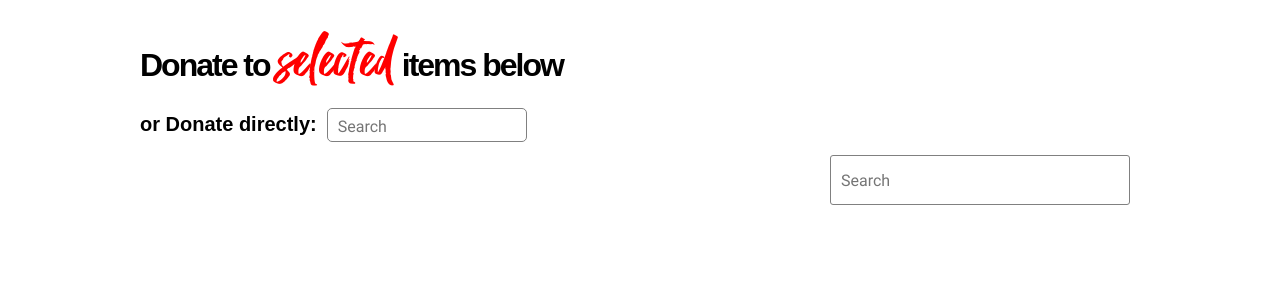
Repository: David-Waite/edableStyleChanges
Page: /
The author's editor kept a copy of each file at every save. The page is drawn from the files as they stood at one save, then again after the next save.
The browser window is 1280 px wide. The pictures show the whole page.
The page's requests for data from a server got no answer. The project was rebuilt for these pictures with package versions that can differ from the ones it lists, and the page was loaded fresh each time. Some packages were replaced by stand-ins written for this rebuild. No one was signed in, and anything a server would have sent is missing. Queries for data that is not in the repository find no rows. Also part of the build but not shown: src/components/Item/ProgressBar.css, src/components/Volunteer/Volunteer.tsx, src/components/DonorForm/Message.css, src/components/Volunteer/VolunteerError.tsx, src/components/Default.tsx, src/components/DonorForm/Paypal.tsx, src/components/DonorForm/DonorForm.tsx, src/components/DonorForm/PastDonations.css and 8 more.

Above is the page before, as saved 2022-11-09 19:23:39.

### public/index.html
<!DOCTYPE html>
<html lang="en">
  <head>
    <meta charset="utf-8" />
    <link rel="icon" href="%PUBLIC_URL%/favicon.ico" />
    <meta name="viewport" content="width=device-width, initial-scale=1" />
    <meta name="theme-color" content="#000000" />
    <meta name="description" content="EdAble Donations System" />
    <link rel="apple-touch-icon" href="%PUBLIC_URL%/logo192.png" />
    <link rel="manifest" href="%PUBLIC_URL%/manifest.json" />
    <link
      rel="stylesheet"
      href="https://cdn.jsdelivr.net/npm/bootstrap@5.2.0-beta1/dist/css/bootstrap.min.css"
      integrity="sha384-0evHe/X+R7YkIZDRvuzKMRqM+OrBnVFBL6DOitfPri4tjfHxaWutUpFmBp4vmVor"
      crossorigin="anonymous"
    />
    <title>EdAble Donations</title>
  </head>
  <body>
    <noscript>You need to enable JavaScript to run this app.</noscript>
    <div id="root"></div>
  </body>
  <script src="./iframeResizer.contentWindow.min.js"></script>
</html>

### src/index.tsx
import React from 'react';
import ReactDOM from 'react-dom/client';
import './index.css';
import App from './App';
import reportWebVitals from './reportWebVitals';
import './fonts/Roboto/Roboto-Medium.ttf';
import './fonts/Lora/Lora-VariableFont_wght.ttf';

const root = ReactDOM.createRoot(
  document.getElementById('root') as HTMLElement
);
root.render(
  <React.StrictMode>
    <App />
  </React.StrictMode>
);

// If you want to start measuring performance in your app, pass a function
// to log results (for example: reportWebVitals(console.log))
// or send to an analytics endpoint. Learn more: https://bit.ly/CRA-vitals
reportWebVitals();

### src/index.css
body {
  margin: 0;
  -webkit-font-smoothing: antialiased;
  -moz-osx-font-smoothing: grayscale;
}

code {
  font-family: source-code-pro, Menlo, Monaco, Consolas, "Courier New",
    monospace;
}

* {
  box-sizing: border-box;
}

#page-wrap {
  padding-bottom: 10px;
  padding-top: 10px;
}
@font-face {
  font-family: "Roboto";
  src: local("Roboto"),
    url("./fonts/Roboto/Roboto-Medium.ttf") format("truetype");
}

@font-face {
  font-family: "Lora";
  src: local("Lora"),
    url("./fonts/Lora/Lora-VariableFont_wght.ttf") format("truetype");
}

@font-face {
  font-family: "black_stonealternative";
  src: local("blackStone"),
    url("./fonts/BlackStone/blackstone-alternative-webfont.woff") format("woff");
}

h1 {
  font-family: "Roboto";
  font-style: normal;
  font-weight: 700;
  font-size: 52px;
  line-height: 64px;
  /* identical to box height, or 123% */
  color: #000000;
}

h2 {
  font-family: "Lora";
  font-style: normal;
  font-weight: 700;
  font-size: 47px;
  line-height: 60px;
  /* identical to box height, or 128% */
  color: #f1f1f1;
}

h3 {
  font-family: "Lora";
  font-style: normal;
  font-weight: 700;
  font-size: 40px;
  line-height: 51px;
  color: #c4c4c4;
}

h4 {
  font-family: "Roboto";
  font-style: normal;
  font-weight: 700;
  font-size: 35px;
  line-height: 43px;
  /* identical to box height, or 123% */
  letter-spacing: 0.02em;
  color: #000000;
}

h5 {
  font-family: "Roboto";
  font-style: normal;
  font-weight: 700;
  font-size: 28px;
  line-height: 44px;
  /* identical to box height, or 157% */
  color: #000000;
}

h6 {
  font-family: "Roboto";
  font-style: normal;
  font-weight: 700;
  font-size: 21px;
  line-height: 25px;
  /* identical to box height */
  color: #000000;
}

body {
  font-family: "Roboto";
  font-style: normal;
  font-weight: 400;
  font-size: 21px;
  line-height: 32px;
  /* identical to box height, or 152% */
  color: #000000;
}

### src/App.tsx
import React from "react";
import "./App.css";
import { BrowserRouter, Routes, Route } from "react-router-dom";

import { PayPalScriptProvider } from "@paypal/react-paypal-js";
import Base from "./components/Base";
import Landing from "./components/Landing/Landing";
import Volunteer from "./components/Volunteer/Volunteer";
import VolunteerError from "./components/Volunteer/VolunteerError";
import Default from "./components/Default";
import Organisation from "./components/Organisation/Organisation";
import ItemPage from "./components/Item/ItemPage";
import Success from "./components/DonorForm/Success";
import Cancel from "./components/DonorForm/Cancel";
import PastDonations from "./components/DonorForm/PastDonations";
import PastItemDonations from "./components/DonorForm/PastItemDonations";
import DonateTime from "./components/Volunteer/DonateTime";

function App() {
  return (
    <PayPalScriptProvider
      options={{
        "client-id":
        process.env.REACT_APP_PAYPAL_CLIENT_ID||"ATT3Tn46NrmHggGqVC4mzWOZWlnbp2ID9DA0yQnhsgqPFIVPPlLhfSI_-atbZc3aN7n_k7wUVTyQJMnI",
        currency: "AUD",
      }}
    >
      <BrowserRouter>
        <Routes>
          <Route path="/" element={<Base />}>
            <Route path="/" element={<Landing />} />
            <Route path="volunteer" element={<Volunteer />} />
            <Route path="success" element={<Success />} />
            <Route path="organisation/:orgId" element={<Organisation />} />
            <Route path="cancel/:orgId" element={<Cancel />} />
            <Route path="volunteererror/:orgId" element={<VolunteerError />} />
            <Route path="organisation/:orgId" element={<PastDonations />} />
            <Route path="item/:orgID/:itemID" element={<ItemPage />} />
            <Route path="item/:orgID/:itemID" element={<PastItemDonations />} />
            <Route path="volunteer/organisation/:orgId" element={<DonateTime />} />
            <Route path="volunteer/success" element={<Success />} />

            {/* Using path="*"" means "match anything", so this route
                acts like a catch-all for URLs that we don't have explicit
              routes for. */}
            <Route path="*" element={<Default />} />
          </Route>
        </Routes>
      </BrowserRouter>
    </PayPalScriptProvider>
  );
}

export default App;

### src/App.css
.App {
  text-align: center;
}

.App-logo {
  height: 40vmin;
  pointer-events: none;
}

@media (prefers-reduced-motion: no-preference) {
  .App-logo {
    animation: App-logo-spin infinite 20s linear;
  }
}

.App-header {
  background-color: #282c34;
  min-height: 100vh;
  display: flex;
  flex-direction: column;
  align-items: center;
  justify-content: center;
  font-size: calc(10px + 2vmin);
  color: white;
}

.App-link {
  color: #61dafb;
}

@keyframes App-logo-spin {
  from {
    transform: rotate(0deg);
  }
  to {
    transform: rotate(360deg);
  }
}

.font-face-rob {
  font-family: "Roboto";
}

.font-face-lora {
  font-family: "Lora";
}

.font-face-Black {
  font-family: "black_stonealternative";
}

### src/components/Base.tsx
import { Outlet } from 'react-router-dom';

function BasePage() {
  return (
    <>
      {/* An <Outlet> renders whatever child route is currently active,
          so you can think about this <Outlet> as a placeholder for
        the child routes we defined above. */}
      <Outlet/>
    </>
  );
}

export default BasePage;

### src/components/Landing/Landing.tsx
import { useEffect, useState } from "react";
import "./Landing.css";
import { Link } from "react-router-dom";
import { db } from "../../config/firebase";
import { collection, query, onSnapshot, where } from "firebase/firestore";
import { Button, Container, Carousel, Row, Col } from "react-bootstrap";
import { ReactComponent as InclusionHero } from "./InclusionHero.svg";

import Sidebar from "./Sidebar";
import ItemsCollection from "./ItemsCollection";
import Organisation from "../Organisation/Organisation";

function Landing() {
  const [orgList, setOrgList] = useState<any>([]);

  // gets all the orgs from dbs
  useEffect(() => {
    const q = query(
      collection(db, "Organisations"),
      where("activeStatus", "==", true)
    );
    onSnapshot(q, (querySnapshot) => {
      // setOrgList dumps all the orgs in orgList
      setOrgList(
        querySnapshot.docs.map((doc) => ({
          id: doc.id,
          data: doc.data(),
        }))
      );
    });
  }, []);

  useEffect(() => {
    window.scrollTo(0, 0);
  }, []);

  return (
    //   these lines set up the format of the page
    <>
      <div className="landing">
        {/* Burger menu */}

        <div className="App" id="outer-container">
          {/* Carousel */}
          <div className="slideshowCon">
            <Row>
              <Col>
                <div className="carouselContainer">
                  <Carousel
                    touch={true}
                    interval={4000}
                    indicators={true}
                    variant="light"
                  >
                    {orgList.map((org: any) => (
                      <Carousel.Item
                        key={org.id.toString()}
                        style={{
                          textAlign: "left",
                        }}
                      >
                        <Link
                          to={`organisation/${org.id}`}
                          style={{
                            textDecoration: "none",
                            color: "black",
                          }}
                        >
                          {/* this div contains the carousel item's contents and makes the whole carousel item a link (based on link tag above) */}
                          <div className="carousel-contents">
                            <img
                              className="carouselImage"
                              src={`${org.data.img}`}
                            />

                            <div className="caroursel-text">
                              <div className="carousel-contents-bottom">
                                <div>
                                  {" "}
                                  <h2 className="title">{org.data.name}</h2>
                                  <p className="orgSummary">
                                    {org.data.summary}
                                  </p>
                                </div>

                                <Button
                                  className="btnContribute"
                                  variant="warning"
                                >
                                  DONATE TO&#160;
                                  {org.data.name.toUpperCase()}!
                                </Button>
                              </div>
                            </div>
                          </div>
                        </Link>
                      </Carousel.Item>
                    ))}
                  </Carousel>
                </div>
              </Col>
            </Row>
          </div>
        </div>

        <div>
          <h2 className="pageTitle">
            Donate to <span>selected</span> items below
            <br />
          </h2>
          <div className="selectOrgCon">
            <h2 className="selectOrg">or Donate directly:</h2>
            <div className="orgSearchBar">
              <input className="input" type="text" placeholder="Search" />
            </div>
          </div>
        </div>

        <ItemsCollection orgList={orgList} />
      </div>
    </>
  );
}

export default Landing;

### src/components/Landing/Landing.css
.carousel-control-next,
.carousel-control-prev {
  width: 10%;
}

.landing {
  max-width: 1000px;

  margin: 0px auto 90px;
}
.pageTitle {
  font-size: 32px;
  color: black;
  font-family: sans-serif;
  margin-top: 60px;
  margin-bottom: 40px;
  letter-spacing: -2px;
  line-height: 0px;
  font-weight: 700;
}

.title {
  font-size: 32px;
  color: white;
  font-family: sans-serif;
}
.pageTitle span {
  font-family: "black_stonealternative";
  margin-left: 0px;
  margin-right: 0px;
  font-size: 55px;
  letter-spacing: 1px;
  font-weight: 100;
}

.selectOrg {
  font-size: 20px;
  color: black;
  font-family: sans-serif;
  padding-top: 5px;
  font-weight: 700;
}
.selectOrgCon {
  height: 40px;
  display: flex;
  align-items: center;
  margin-bottom: 0px;
}

.orgSearchBar input {
  height: auto;
  padding: 0 10px;
  width: 200px;
}

.orgSearchBar input::placeholder {
  font-size: 16px;
}

.orgSearchBar {
  margin-left: 10px;
}
.col {
  padding: 0;
}

.navBarContainer {
  margin-left: 30px;
  margin-top: 10px;
  position: absolute;
  color: white;
}

.carousel {
  /* margin: 3px; */
  /* border-radius: 30px; */

  color: white;
  /* height: ; */
}

.carouselImage {
  object-fit: cover;
  height: calc(500px - 140px);
}

.carousel-contents {
  display: flex;

  flex-direction: column;
  justify-content: flex-end;

  color: white;
  height: 500px;
}

.carousel-indicators {
  margin-bottom: 10px;
}

.carousel-contents-bottom {
  display: flex;
  align-items: center;
  justify-content: space-between;
  gap: 10px;

  margin-bottom: 30px;
}

.caroursel-text {
  padding: 0px 25px;
  height: 140px;
  background-color: #333333;
}

.btnContribute {
  background-color: #e50040;
  color: white;
  border: none;
  border-radius: 3px;
}

.btnContribute span {
  margin-left: 3px;
  font-size: 16px;
  font-weight: 400;
  color: white;
}

.btnContribute div {
  font-size: 16px;
  font-weight: 400;
  margin: 0;
}

.btnContribute:hover {
  background-color: #d4033e;
  color: white;
}

.orgSummary {
  font-size: 16px;
  line-height: 25px;
  margin-bottom: 0px;
}

.imgCarousel {
  width: 100%;
  height: 600px;
}

.orgList {
  font-family: sans-serif;
  font-size: 20px;
  color: black;
}

.orgListCon {
  display: flex;
  align-items: center;
}
@media (max-width: 1040px) {
  .landing {
    padding: 0 20px;
  }
}

@media (max-width: 900px) {
  .title {
    font-size: 28px !important;
  }
}

@media (max-width: 800px) {
  .carousel-contents-bottom {
    flex-direction: column;
    align-items: flex-start;

    gap: 0px;
  }
  .caroursel-text {
    height: 200px;
  }
}

@media (max-width: 500px) {
  .btnContribute div {
    width: 100%;
  }

  .caroursel-text {
    height: 220px;
  }
}

@media (max-width: 370px) {
  .btnContribute {
    margin-top: -10px;
    font-size: 10px;
  }
}

@media (max-width: 325px) {
  .btnContribute span {
    font-size: 9px;
  }
}

/* #carousel-indicators {
    color:rgb(17, 0, 61)
} */

/* Button {
  font-size: x-small;
  style={{ backgroundImage: `url(${org.data.img})` }}




   <img
                              className="imgCarousel"
                              src={org.data.img}
                              alt={`${org.data.name}` + "'s logo"}
                            />
} */

### src/components/Landing/ItemsCollection.tsx
import { useState, useEffect } from "react";
import {
  collectionGroup,
  query,
  onSnapshot,
  collection,
  where,
  getDocs,
} from "firebase/firestore";
import { db } from "../../config/firebase";
import Card from "react-bootstrap/Card";
import ProgressBar from "react-bootstrap/ProgressBar";
import { Link } from "react-router-dom";
import styles from "./ItemsCollection.module.css";
import "../Item/ProgressBar.css";

function ItemsCollection(props: any) {
  const [itemList, setItemList] = useState<any>([]);
  const [search, setSearch] = useState<string>("");

  useEffect(() => {
    const q = query(
      collectionGroup(db, "Items"),
      where("activeStatus", "==", true)
    );

    onSnapshot(q, async (querySnapshot) => {
      setItemList(
        querySnapshot.docs.map((doc) => ({
          id: doc.id,
          data: doc.data(),
          parentDoc: doc.ref.parent.parent?.id,
        }))
      );
    });
  }, []);

  function mergeLists() {
    const mergeList: any = [];
    itemList.map((item: any) => {
      props.orgList.map((org: any) => {
        if (item.parentDoc === org.id) {
          if (item.data.activeStatus === true) {
            mergeList.push({
              ...item,
              orgName: org.data.name,
              orgActiveStatus: org.data.activeStatus,
            });
          }
        }
      });
    });
    return mergeList;
  }

  const mergeList = mergeLists();

  const handleChange = (e: React.ChangeEvent<HTMLInputElement>) => {
    setSearch(e.target.value);
  };
  const filteredItems = mergeList.filter((item: any) =>
    item.data.name.toLowerCase().includes(search.toLowerCase())
  );

  return (
    <>
      <div className={styles.containerDiv}>
        <div
          className={styles.searchBar}
          style={{
            borderRadius: "3px",
            display: "flex",
            alignItems: "right",
            justifyContent: "right",
          }}
        >
          <input
            style={{ fontSize: "16px" }}
            className={styles.input}
            type="text"
            onChange={handleChange}
            placeholder="Search"
          />
        </div>

        <div className={styles.cardParentDiv}>
          {filteredItems.map((item: any) => (
            <div key={item.id.toString()} className={styles.cards}>
              <div className={styles.cardImage}>
                <img src={item.data.img} alt={`Image of  ${item.data.name}`} />
              </div>

              <div className={styles.cardBody}>
                <div>
                  <h3 className={styles.cardTitle}>
                    {item.orgName}:
                    <br />
                    <span>{item.data.name}</span>
                  </h3>

                  <p className={styles.cardDes}>{item.data.summary}</p>
                </div>

                <div className={styles.bottomHalfCard}>
                  <p>
                    ${item.data.totalDonationsValue || 0} of $
                    {item.data.initialPrice}
                  </p>
                  <ProgressBar
                    striped
                    now={
                      item.data.totalDonationsValue
                        ? (item.data.totalDonationsValue /
                            item.data.initialPrice) *
                          100
                        : 0
                    }
                    label={`${Math.round(
                      (item.data.totalDonationsValue / item.data.initialPrice) *
                        100
                    )}%`}
                  />
                  <Link
                    style={{
                      textDecoration: "none",
                      color: "black",
                    }}
                    to={`item/${item.parentDoc}/${item.id}`}
                  >
                    <div className={styles.btn}>DONATE NOW!</div>
                  </Link>
                </div>
              </div>
            </div>
          ))}
        </div>
      </div>
    </>
  );
}

export default ItemsCollection;

### src/components/Landing/ItemsCollection.module.css
.containerDiv {
  /* background-color: rgb(212, 238, 249); */
  border-radius: 40px;
}

.searchBar {
  border-radius: 3px !important;
  padding: 0;
}
.title {
  font-size: 32px;
  color: black;
  font-family: sans-serif;
  margin-top: 60px;
  margin-bottom: 40px;

  letter-spacing: -2px;
}

.title span {
  font-family: "black_stonealternative";
  margin-left: 0px;
  margin-right: 0px;
  font-size: 55px;
  letter-spacing: 1px;
  font-weight: 100;
}

.input {
  margin: 10px;
  width: 300px;
  border-radius: 3px;
  padding: 2px 10px;
}

.cardParentDiv {
  margin-top: 20px;
  display: grid;
  grid-template-columns: 1fr 1fr 1fr;
  gap: 30px;
}

.bottomHalfCard {
  align-self: end;
}
.cardParentDiv img {
  width: 100%;
  height: 180px;
  object-fit: cover;
  padding: 0;
  margin: 0;
}

.cardImage {
  height: 180px;
}
.cardTitle {
  font-size: 18px;
  color: black;
  font-family: sans-serif;
  height: auto;
  line-height: 25px;
}

.cardTitle span {
  color: #e50040;
}

.cardDes {
  height: 60px;
  margin-top: 0px;
  color: rgb(29, 29, 29);
  font-size: 16px;
  letter-spacing: 0.1px;
  line-height: 16px;
  font-weight: 400;
}

.btn {
  text-decoration: none;
  color: white;
  display: flex;
  align-items: center;
  justify-content: center;
  height: 40px;
  margin-top: 10px;
  margin-bottom: -15px;
  text-align: center;
  border-radius: 3px;
  font-size: 16px;
  font-weight: 400;

  background-color: #5e17a9;
}

.cardBody {
  padding: 10px 10px 30px 10px;
}

.cards {
  border-radius: 3px;
  border: none;
  background-color: #f4f4f4;
}

@media (max-width: 1040px) {
  .cardParentDiv {
    grid-template-columns: 1fr 1fr;
    gap: 60px;
  }
  .input {
    width: calc(100vw - 40px);
  }
}

@media (max-width: 650px) {
  .cardParentDiv {
    grid-template-columns: 1fr 1fr;
    gap: 20px;
  }
}

@media (max-width: 600px) {
  .cardParentDiv {
    grid-template-columns: 1fr;
    gap: 20px;
  }
}

### src/components/DonorForm/DonorForm.css
.donorInfoContainer {
  background-color: rgb(238, 238, 238);
  padding: 20px 40px;
  border-radius: 3px;
}

.formTitle {
  color: #5e17a9;
}

.presetButtons {
  display: flex;
  align-items: center;
  justify-content: flex-start;
  margin-bottom: -20px;
}

label,
.or {
  padding: 5px 0;
  font-weight: lighter;
}

label span {
  color: rgb(176, 53, 53);
  margin-left: 2px;
}

input:disabled {
  background-color: rgb(197, 197, 197);
}

.checkbox {
  display: flex;
  justify-content: start;
  align-items: center;
}

.checkbox input {
  width: auto;
  margin-right: 5px;
}

.monthlyPayment {
  margin-top: 15px;
  margin-bottom: -25px;
}

.availablity {
  display: flex;
  gap: 60px;
  padding-bottom: 10px;
}

.isAron {
  margin-top: 15px;
}
.mailingList {
  margin-bottom: 15px;
}
input,
select {
  height: 50px;
  width: 100%;
  border: 0.1px solid;
  border-color: grey;
  border-radius: 5px;
}

select {
  padding: 15px 10px;
  border: none;
}

span {
  font-size: large;
  color: red;
}

.proceedPayBtn {
  color: white;
  background-color: #ff7000;
  border-color: #ff7000;
  margin-right: auto;
}

.proceedPayBtn:hover {
  background-color: #f16800;
  color: white;
}

button {
  border-radius: 4px;
  border: 1px solid rgb(215, 215, 215);
  padding: 5px 10px;
  font-size: 14px;
  margin: 5px;
  color: white;
  background-color: #ff7000;
  border-color: #ff7000;
}

button[type="submit"],
input[type="submit"] {
  background: #ec598f;
  color: white;
  text-transform: uppercase;
  border: none;
  margin-top: 40px;
  padding: 10px;
  font-size: 16px;
  font-weight: 400;
  letter-spacing: 10px;
}

### src/components/Landing/Sidebar.tsx
import { useState, useEffect } from "react";
import { query, onSnapshot, collection, where } from "firebase/firestore";
import { db } from "../../config/firebase";
import { Link } from "react-router-dom";
import Navbar from "react-bootstrap/Navbar";
import Offcanvas from "react-bootstrap/Offcanvas";

type SidemenuProps = {
  pageWrapId: string;
  outerContainerId: string;
};

function Sidebar(props: any) {
  const [search, setSearch] = useState<string>("");

  const handleChange = (e: React.ChangeEvent<HTMLInputElement>) => {
    setSearch(e.target.value);
  };

  const filteredOrganisations = props.orgList.filter((Organisations: any) =>
    Organisations.data.name.toLowerCase().includes(search.toLowerCase())
  );
  return (
    <>
      <Navbar expand={false}>
        <Navbar.Toggle aria-controls={`offcanvasNavbar-expand`} />
        <Navbar.Offcanvas
          id={`offcanvasNavbar-expand`}
          aria-labelledby={`offcanvasNavbarLabel-expand`}
        >
          <Offcanvas.Header closeButton>
            <Offcanvas.Title
              id={`offcanvasNavbarLabel-expand`}
              style={{
                fontSize: "20px",
              }}
            >
              Social-enterprises supported by EdAble
            </Offcanvas.Title>
          </Offcanvas.Header>
          <Offcanvas.Body>
            <input type="text" onChange={handleChange} placeholder="Search" />
            {filteredOrganisations.map((Organisation: any) => (
              <Link
                style={{
                  textDecoration: "none",
                  color: "black",
                }}
                to={`organisation/${Organisation.id}`}
                key={Organisation.id}
              >
                <br />
                <div>{Organisation.data.name}</div>
              </Link>
            ))}
          </Offcanvas.Body>
        </Navbar.Offcanvas>
      </Navbar>
    </>
  );
}

export default Sidebar;

Loaded but not shown: src/reportWebVitals.ts (common file); public/iframeResizer.contentWindow.min.js (library); src/config/firebase.js (25 lines, source omitted); src/components/Organisation/Organisation.module.css (302 lines, source omitted)

After the next save:
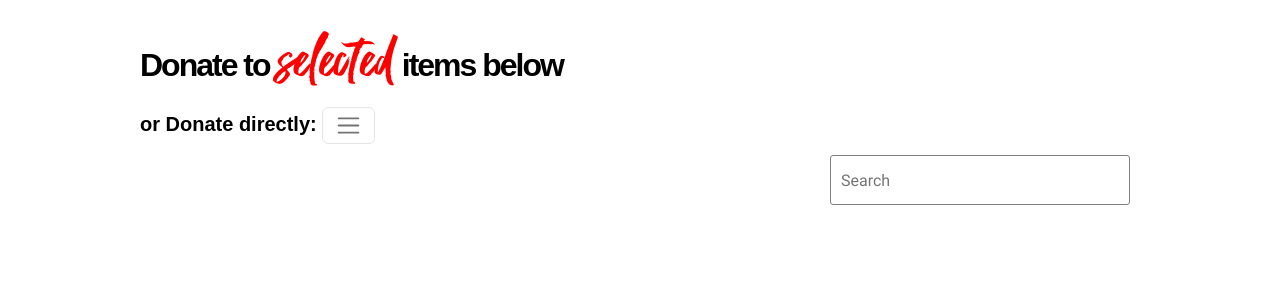
Saved 71 s later.
--- a/src/components/Landing/Landing.tsx
+++ b/src/components/Landing/Landing.tsx
@@ -110,9 +110,7 @@ function Landing() {
           </h2>
           <div className="selectOrgCon">
             <h2 className="selectOrg">or Donate directly:</h2>
-            <div className="orgSearchBar">
-              <input className="input" type="text" placeholder="Search" />
-            </div>
+            <Sidebar orgList={orgList} />
           </div>
         </div>
 

After the save that followed:
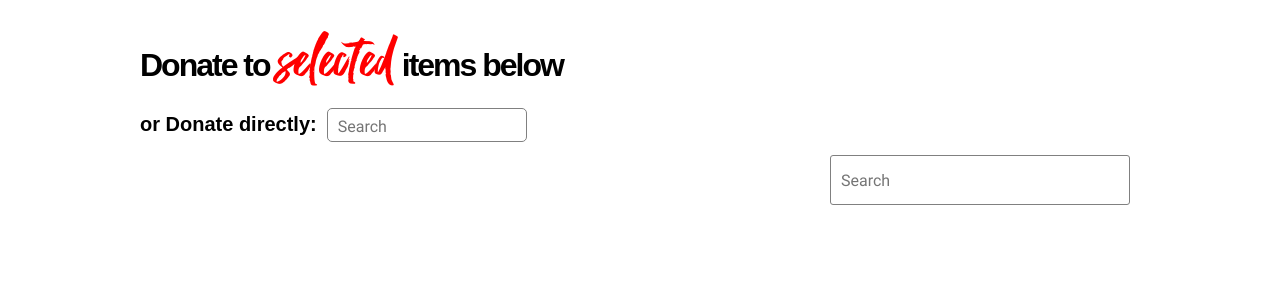
Saved 8 min 0 s later.
--- a/src/components/Landing/Landing.tsx
+++ b/src/components/Landing/Landing.tsx
@@ -110,7 +110,9 @@ function Landing() {
           </h2>
           <div className="selectOrgCon">
             <h2 className="selectOrg">or Donate directly:</h2>
-            <Sidebar orgList={orgList} />
+            <div className="orgSearchBar">
+              <input className="input" type="text" placeholder="Search" />
+            </div>
           </div>
         </div>
 
